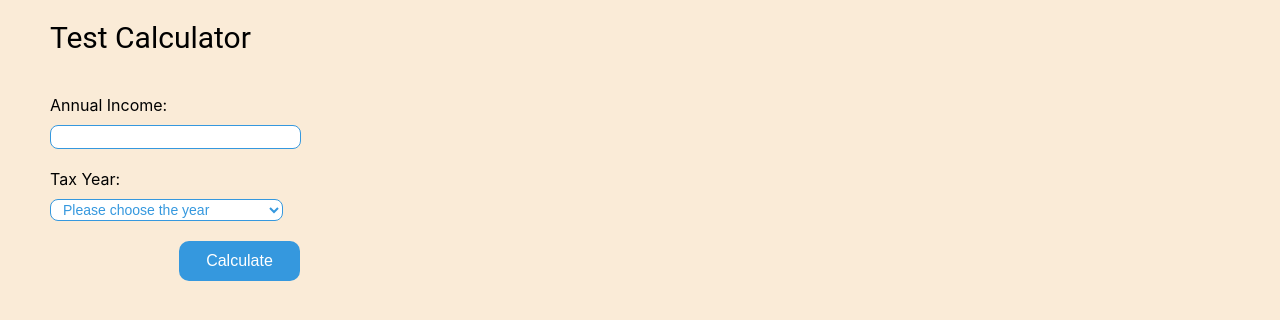
Repository: jbpadilha/taxcalculator
Page: /
An editor plug-in stored every save of this project. The page is shown before and after the next save, followed by the edit.
The browser window is 1280 px wide. The pictures show the whole page.
The project was rebuilt for these pictures with package versions that can differ from the ones it lists, and the page was loaded fresh each time.

Above is the page before, as saved 2023-06-17 21:40:58.

After the next save:
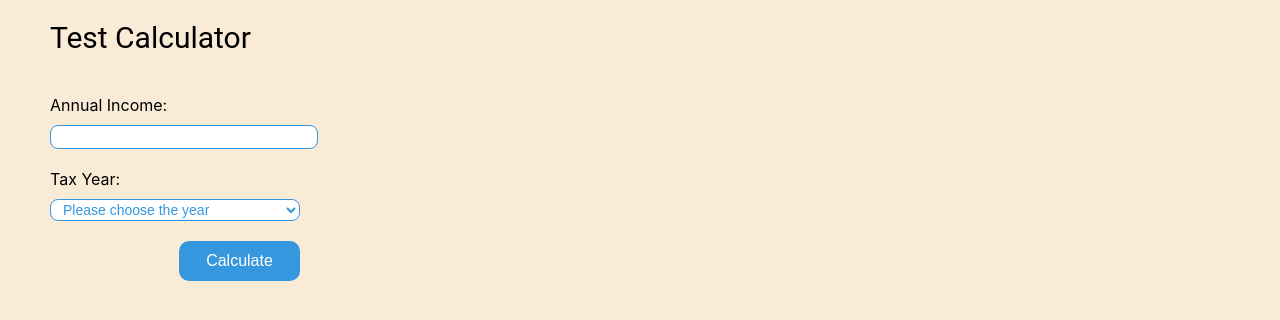
Saved 41 s later.
--- a/src/components/Main.tsx
+++ b/src/components/Main.tsx
@@ -42,7 +42,7 @@ const styles = {
         textSecoration: 'none solid rgb(0, 0, 0)',
     },
     input: {
-        width: 233,
+        width: '100%',
         height: 22,
         padding: '0px 8px',
         border: '1px solid #3598de',
